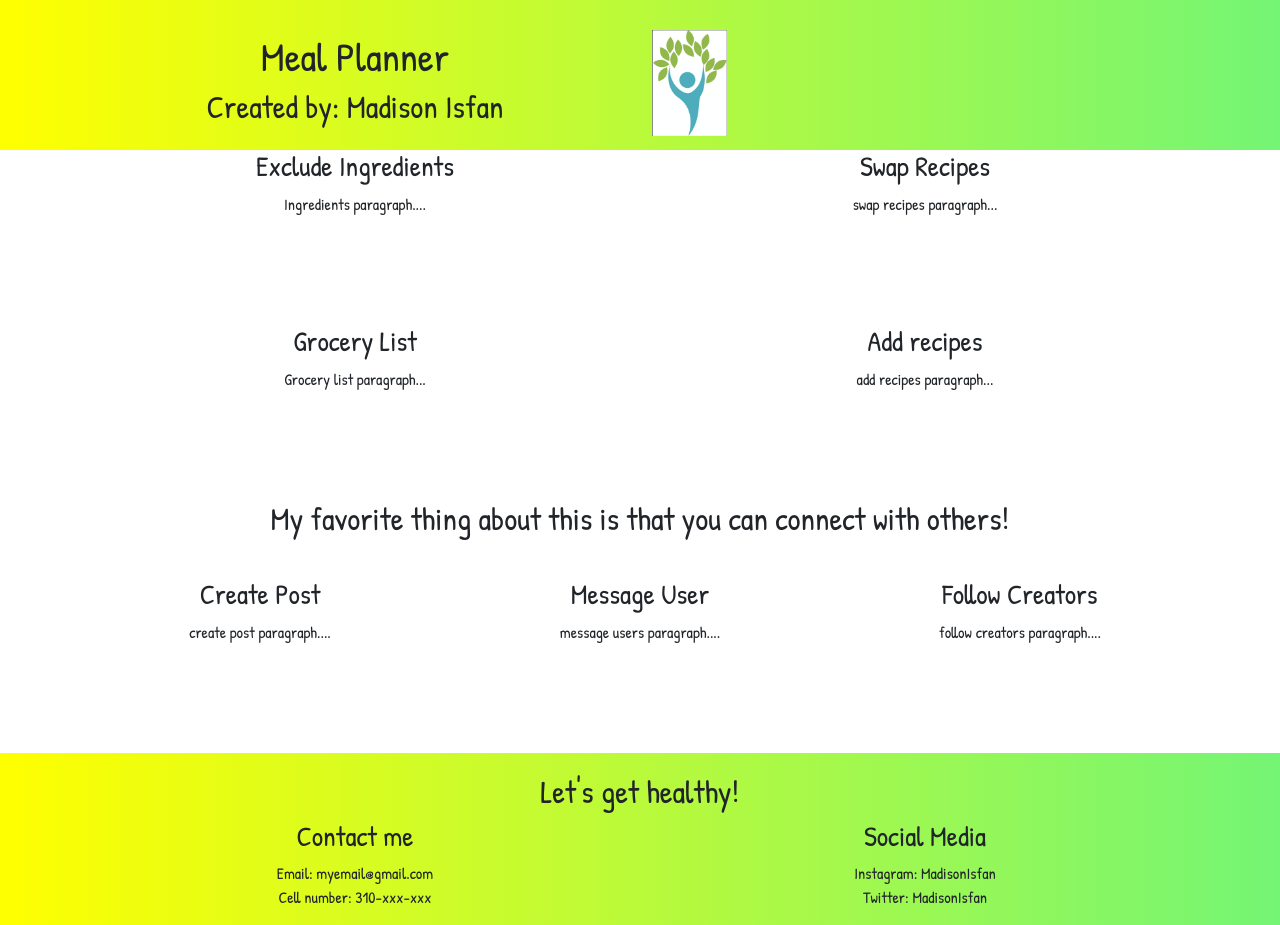
Repository: madisonisfan/Meal-Planner
Page: index.html
These files come from the project's save history. The page is drawn as it stood at one moment and after the next save; the edit follows.
The browser window is 1280 px wide. The pictures show the whole page.
Some web libraries are served in a nearby version.

Above is the page before, as saved 2021-02-17 17:44:37.

### index.html
<!DOCTYPE html>
<head>

    <meta charset="utf-8"/>
    <meta name="viewport" content="width=device-width, initial-scale=1"/>

    <link rel="stylesheet" href="node_modules/bootstrap/dist/css/bootstrap.min.css" />

    <link rel="stylesheet" href="https://fonts.googleapis.com/css?family=Indie+Flower|Patrick+Hand" />
    <link rel="stylesheet" href="css/styles.css"/>
    <title> Meal Planner </title>
</head>

<body>

    <header class="jumbotron">
        <div class="container">
            <div class="row  justify-content-center">
                <div class="col text-center align-self-center">
                    <h1>Meal Planner</h1>
                    <h2>Created by: Madison Isfan</h2>
                </div>
                <div class="col">
                    <img src="healthySymbolSc.jpg">
                </div>
            </div>
        </div>

    </header>

    <div class="container ">
        <div class="row row-content">
            <div class="col-12 text-center col-md">
                <h3>Exclude Ingredients</h3>
                <p>Ingredients paragraph....</p>
            </div>
            <div class="col-12 text-center col-md">
                <h3>Swap Recipes</h3>
                <p >swap recipes paragraph...</p>
            </div>
        </div>

        <div class="row row-content ">
            <div class="col-12 text-center col-md">
                <h3>Grocery List</h3>
                <p>Grocery list paragraph...</p>
            </div>
            <div class="col-12 text-center col-md">
                <h3>Add recipes</h3>
                <p>add recipes paragraph...</p>
            </div>
        </div>

    </div> <!--End of container-->

    <div class="container">
        <div class="row align-items-start">
            <div class="col ">
                <h2 class=" extra-header text-center">My favorite thing about this is that you can connect with others!</h2>
            </div>
        </div>
        <div class="row row-content align-items-start justify-content-center" >
            <div class="col-12 text-center col-md">
                <h3>Create Post</h3>
                <p>create post paragraph....</p>

            </div>
            <div class="col-12 text-center col-md">
                <h3>Message User</h3>
                <p>message users paragraph....</p>
            </div>
            <div class="col-12 text-center col-md">
                <h3>Follow Creators</h3>
                <p>follow creators paragraph....</p>
            </div>

        </div>

    </div>

    <footer>
        <div class="container">
            <div class="row">
                <div class ="col">
                    <h2 class="text-center"> Let's get healthy! </h2>
                </div>
            </div>

            <div class="row">
                <div class="col-12 text-center col-md">
                    <h3 >Contact me</h3>
                    <ul class="list-unstyled">
                        <li>Email: myemail@gmail.com</li>
                        <li>Cell number: 310-xxx-xxx</li>
                    </ul>

                </div>
                <div class="col-12 text-center col-md">
                    <h3 >Social Media</h3>
                    <ul class="list-unstyled">
                        <li>Instagram: MadisonIsfan</li>
                        <li>Twitter: MadisonIsfan</li>
                    </ul>

                </div>
            </div>
        </div>
    </footer>


    <script src="node_modules/jquery/dist/jquery.slim.min.js"></script>
    <script src="node_modules/popper.js/dist/umd/popper.min.js"></script>
    <script src="node_modules/bootstrap/dist/js/bootstrap.min.js"></script>
</body>


</html>

### css/styles.css
header {
  padding: 20px;
  height: 150px;
}
body {
  font-family: "Patrick Hand";
}

footer {
  background-image: linear-gradient(to right, yellow, rgb(116, 245, 116));
  padding-top: 20px;
}

img {
  width: 75px;
}

.row-content {
  min-height: 175px;
}

.jumbotron {
  padding: 30px;
  background-image: linear-gradient(to right, yellow, rgb(116, 245, 116));
}

.extra-header {
  margin-bottom: 40px;
}

After the next save:
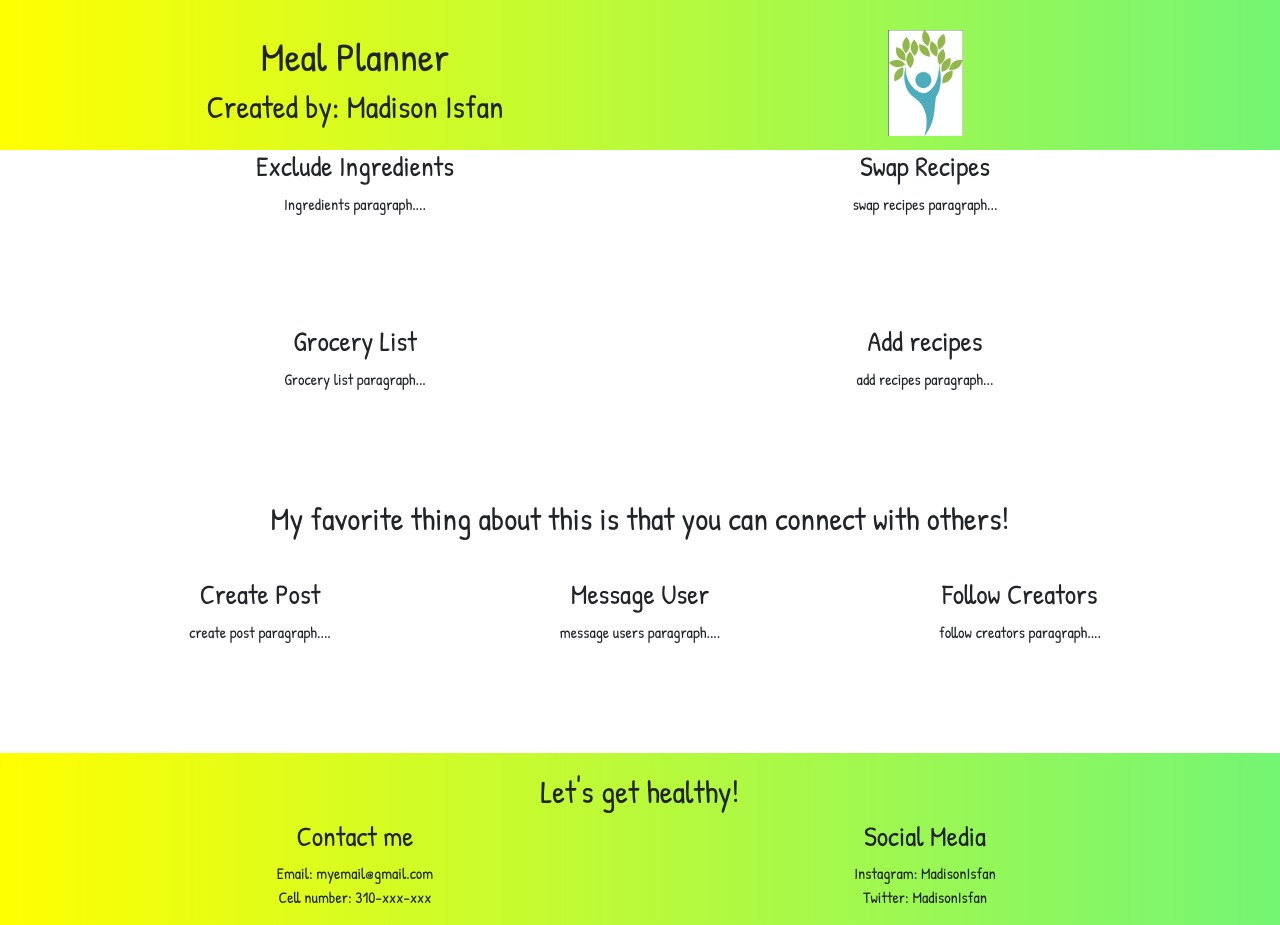
Saved 25 s later.
--- a/index.html
+++ b/index.html
@@ -20,7 +20,7 @@
                     <h1>Meal Planner</h1>
                     <h2>Created by: Madison Isfan</h2>
                 </div>
-                <div class="col">
+                <div class="col text-center align-items-end">
                     <img src="healthySymbolSc.jpg">
                 </div>
             </div>

After the save that followed:
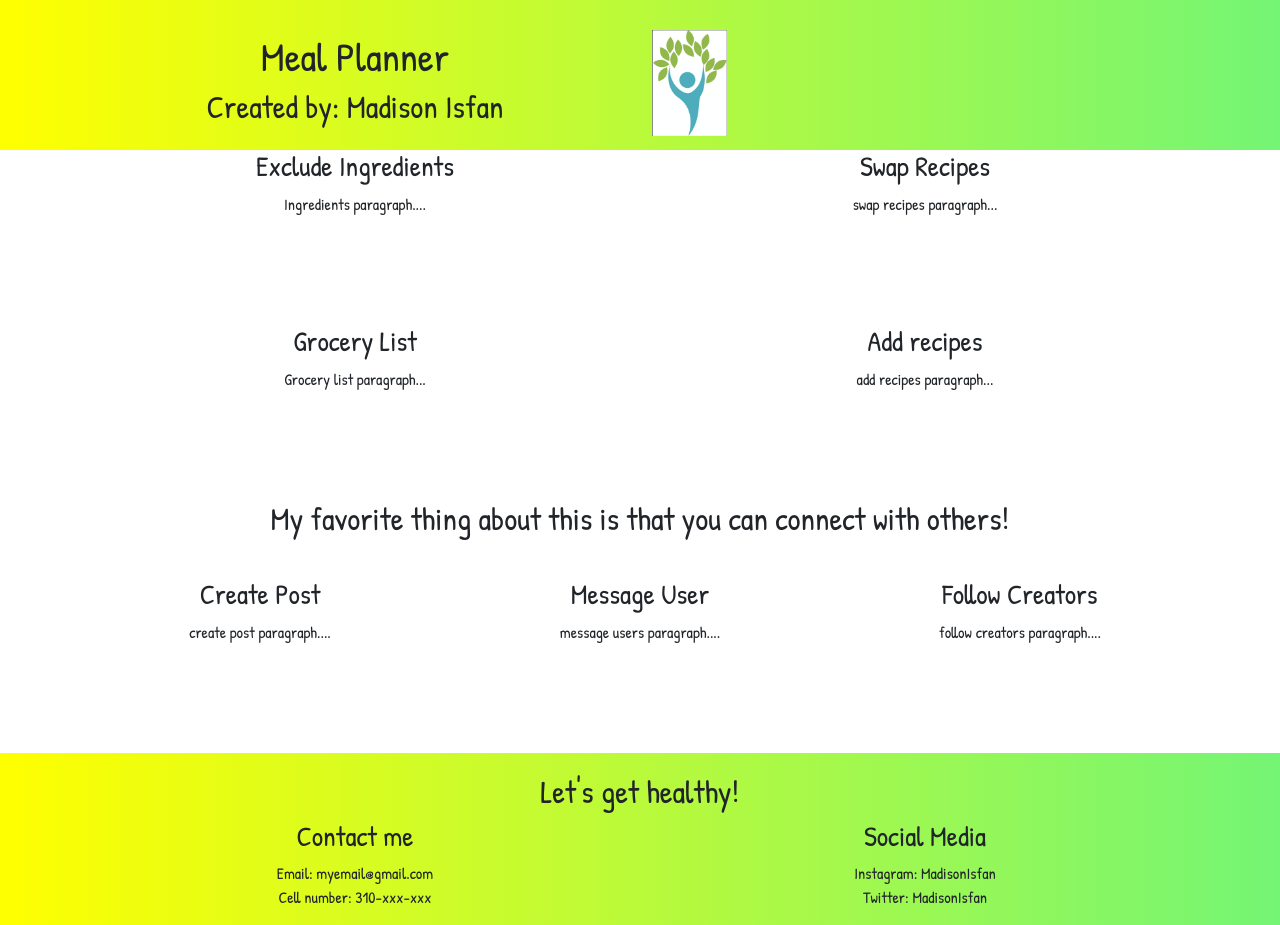
Saved 26 s later.
--- a/index.html
+++ b/index.html
@@ -20,7 +20,7 @@
                     <h1>Meal Planner</h1>
                     <h2>Created by: Madison Isfan</h2>
                 </div>
-                <div class="col text-center align-items-end">
+                <div class="col text-right align-items-end">
                     <img src="healthySymbolSc.jpg">
                 </div>
             </div>
